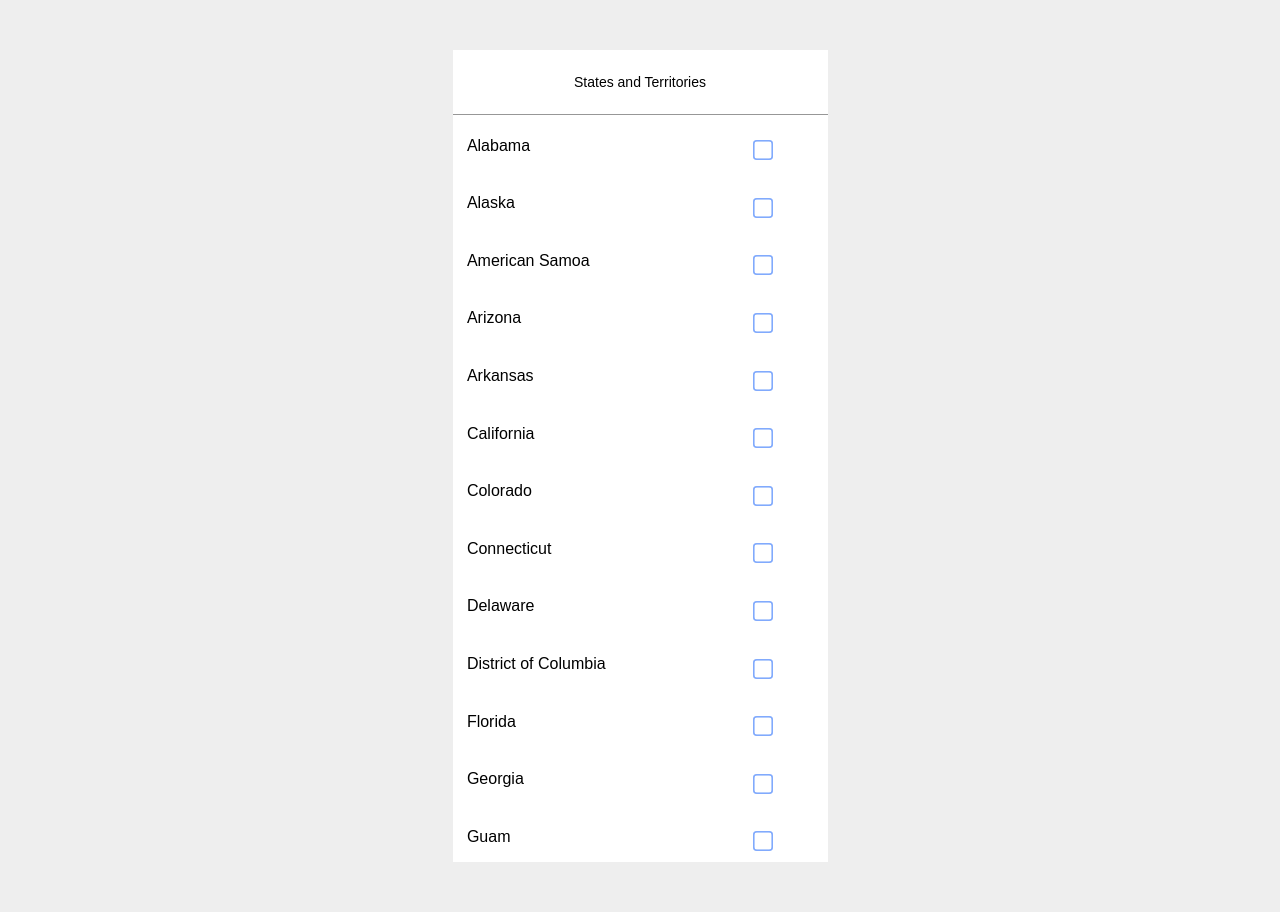
Repository: zitac234/codingTest
Page: /
These files come from the project's save history. The page is drawn as it stood at one moment and after the next save; the edit follows.
The browser window is 1280 px wide. The pictures show the whole page.
The project was rebuilt for these pictures with package versions that can differ from the ones it lists, and the page was loaded fresh each time.

Above is the page before, as saved 2021-03-31 15:24:39.

### src/index.css
body {
  margin: 0;
  font-family: 'Arial', sans-serif;
  -webkit-font-smoothing: antialiased;
  -moz-osx-font-smoothing: grayscale;
  background-color: #eee;
}

### src/Header.js
import "./Header.css";

export function Header() {
  return (
    <header className="header">
      <span className="title">States and Territories</span>
    </header>
  );
}

### src/List.js
import { Fragment } from "react";
import { Checkbox } from "./Checkbox";
import "./List.css";
export function List(props) {
  return (
    <div className="list">
      {props.items.map((item) => (
        <Fragment key={item}>
          <div className='line'>
            <div className='state'>{item}</div><div className='checkbox'><Checkbox/></div><br />
          {/* You also have <Checkbox selected={false} /> */}
          </div>
          </Fragment>
      ))}
    </div>
  );
}

### src/_data.js
export const data = [
  "Alabama",
  "Alaska",
  "American Samoa",
  "Arizona",
  "Arkansas",
  "California",
  "Colorado",
  "Connecticut",
  "Delaware",
  "District of Columbia",
  "Florida",
  "Georgia",
  "Guam",
  "Hawaii",
  "Idaho",
  "Illinois",
  "Indiana",
  "Iowa",
  "Kansas",
  "Kentucky",
  "Louisiana",
  "Maine",
  "Maryland",
  "Massachusetts",
  "Michigan",
  "Minnesota",
  "Mississippi",
  "Missouri",
  "Montana",
  "Nebraska",
  "Nevada",
  "New Hampshire",
  "New Jersey",
  "New Mexico",
  "New York",
  "North Carolina",
  "North Dakota",
  "Northern Mariana Islands",
  "Ohio",
  "Oklahoma",
  "Oregon",
  "Pennsylvania",
  "Puerto Rico",
  "Rhode Island",
  "South Carolina",
  "South Dakota",
  "Tennessee",
  "Texas",
  "Utah",
  "Vermont",
  "Virgin Islands",
  "Virginia",
  "Washington",
  "West Virginia",
  "Wisconsin",
  "Wyoming"
]

### src/Header.css
.header {
  width: 100%;
  font-size: 14px;
  display: flex;
  border-bottom: 1px solid #979797;
}

.title {
  line-height: 24px;
  margin: 20px auto;
}

### src/Checkbox.js
import selected from "./Checkbox-Filled.svg";
import unselected from "./Checkbox-Empty.svg";

export function Checkbox(props) {
  return (
    <img
      width={20}
      height={20}
      src={props.selected ? selected : unselected}
      alt={`Checkbox ${selected ? "selected" : "unselected"}`}
    />
  );
}

### src/List.css
.list {
  flex: 1;
  overflow: auto;
}
.line{
  height: 5vh;
  margin-top: 3vh;
}
.checkbox{
  margin-left: 80%;
  margin-top: -2vh;
}
.state{
  margin-left: 2vh;
}

Loaded but not shown: public/index.html (common file); src/index.js (common file); src/App.js (common file); src/App.css (common file)

After the next save:
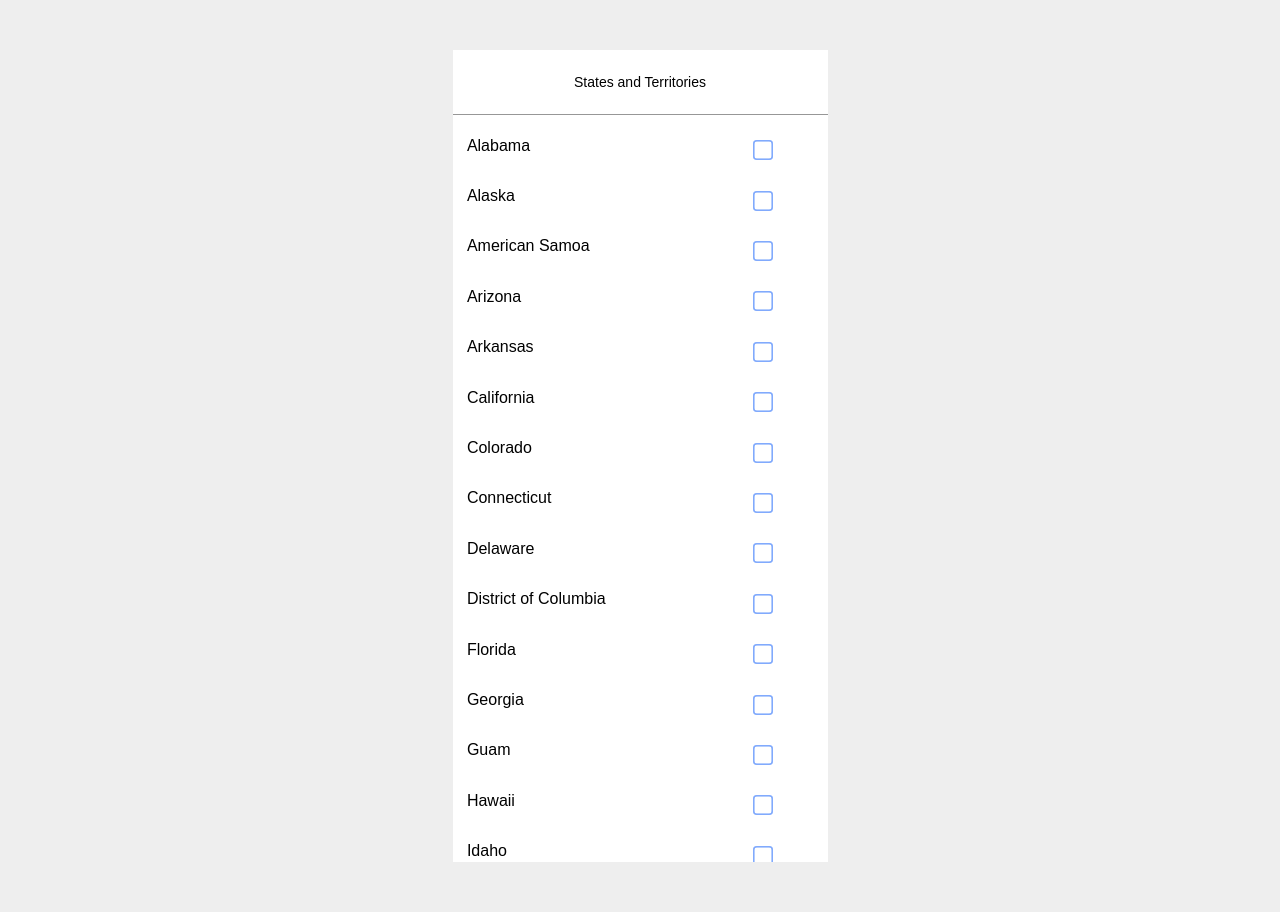
Saved 7 s later.
--- a/src/List.css
+++ b/src/List.css
@@ -3,7 +3,7 @@
   overflow: auto;
 }
 .line{
-  height: 5vh;
+  height: 4vh;
   margin-top: 3vh;
 }
 .checkbox{
